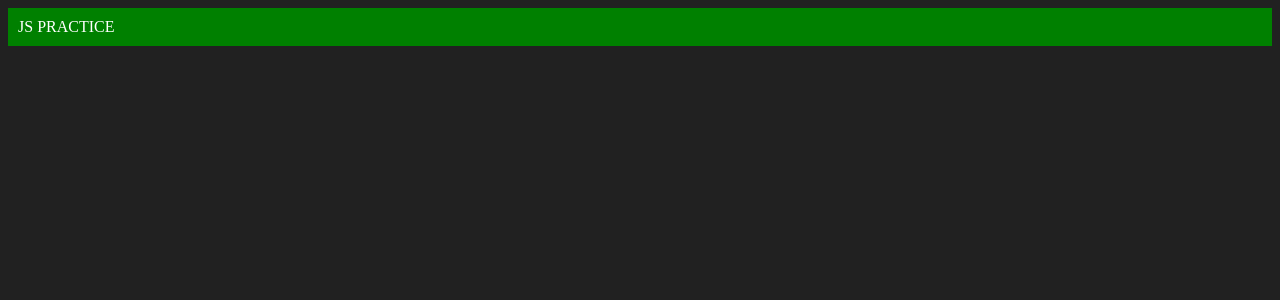
Repository: VishwaGoswami1407/JavaScript-Practice
Page: 06_dom/three.html
An editor plug-in stored every save of this project. The page is shown before and after the next save, followed by the edit.
The browser window is 1280 px wide. The pictures show the whole page.

Above is the page before, as saved 2024-07-06 15:54:33.

### 06_dom/three.html
<!DOCTYPE html>
<html lang="en">
<head>
    <meta charset="UTF-8">
    <meta name="viewport" content="width=device-width, initial-scale=1.0">
    <title>PRACTICE</title>
</head>
<body style="background-color: #212121; color: #fff;">

</body>
<script>
   const div = document.createElement('div');
    console.log(div);
    div.className = "main"
    div.id = Math.round(Math.random() * 10 + 1)

    div.setAttribute("title", "generate title")
    div.style.backgroundColor = "green"
    div.style.padding = "10px"

    // div.innerText = "JS PRACTICE"
    const addText = document.createTextNode("JS PRACTICE")
    div.appendChild(addText)
    document.body.appendChild(div)



</script>
</html>

After the next save:
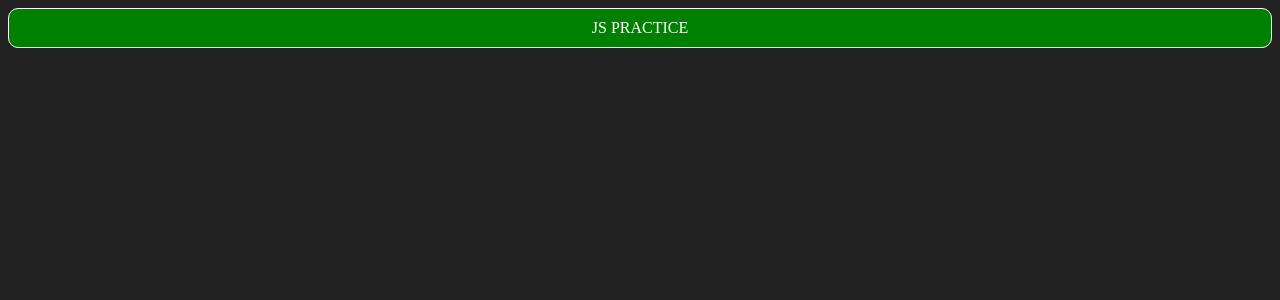
Saved 55 s later.
--- a/06_dom/three.html
+++ b/06_dom/three.html
@@ -17,6 +17,11 @@
     div.setAttribute("title", "generate title")
     div.style.backgroundColor = "green"
     div.style.padding = "10px"
+    div.style.color = "white"
+    div.style.textAlign = "center"
+    div.style.border = "1px solid #fff"
+    div.style.borderRadius = "10px"
+    div.style.borderRadius = "10px"
 
     // div.innerText = "JS PRACTICE"
     const addText = document.createTextNode("JS PRACTICE")
